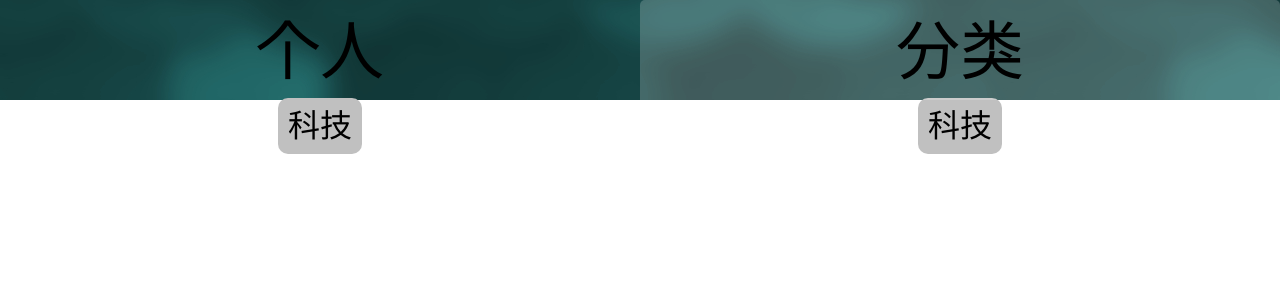
Repository: aoandxie/AoNews
Page: AoNews/WebContent/classify.html
The author's editor kept a copy of each file at every save. The page is drawn from the files as they stood at one save, then again after the next save.
The browser window is 1280 px wide. The pictures show the whole page.

Above is the page before, as saved 2017-03-05 16:04:13.

### AoNews/WebContent/classify.html
<!DOCTYPE html>
<html>
	<head>
		<meta charset="UTF-8">
		<title>Ao News 首页</title>
		<link type="text/css" rel="stylesheet" href="common_style.css">
	</head>
	<body>
		<div class="Top">
			<ul><a href="faction.html">个人</a></ul>
			<ul class="Now"><a>分类</a></ul>
		</div>
		<div class="ClassBoxContainer">
			<div class="ClassBox"><a>科技</a></div>
			<div class="ClassBox"><a>科技</a></div>
		</div>
	</body>
</html>

### AoNews/WebContent/common_style.css
@CHARSET "UTF-8";
/* common set */
*{
	margin: 0;
	border: 0;
	padding: 0;
	font-family: Arial, Helvetica, sans-serif;
}

a{
	text-decoration: none;
	color: #000;
}

/* Login & Register */
.Canvas{
	position: fixed;
	background-image: url("back.jpg");
	width: 100%;
	height: 100%;
}

.Form{
	position: fixed;
	background-color: rgba(255,255,255,.2);
	left: 35%;
	top: 30%;
	border-radius: 5px;
	border-width: 2px;
	border-color: #000000;
	border-style: solid;
	padding: 1em;
	margin: 2em;
	z-index: 255;
}

.Form label{
	font-size: 2em;
	margin-right: 1em;
	z-index: 255;
}

.Form input{
	height: 2em;
	width: 60%;
	font-size: 1em;
	border-style: groove;
	border-width: 2px;
	border-color: #000000;
}

.LineLabel{
	border-bottom-style: solid;
	border-bottom-width: 2px;
	border-bottom-color: #000000;
}

.Button{
	text-align: center;
	margin: 1em;
}

/* Faction & classify */
.Top{
	height: 100px;
	background-image: url("back.jpg");
	width: 100%;
	text-align: center;
}

.Top ul a{
	display: block;
	position: relative;
	float: left;
	width: 50%;
	height: 100px;
	font-size: 4em;
	border-top-left-radius: 5px;
	border-top-right-radius: 5px;
}

.Now a{
	background-color: rgba(255,255,255,.2);
}

/* Faction */
.News{
	text-align: left;
	display: block;
	color: #201f35;
	border-radius: 5px;
	border-width: 2px;
	border-color: #555753;
	border-style: solid;
	width: 250px;
	margin: 5px;
}

.News:HOVER{
	background-color: #888a85;
}

.News a{
	font-size: 2em;
	margin: 5px;
}

.News a:CHECKED{
	color: #201f35;
}

/* Classify */
.ClassBoxContainer{
	top: 50px;
	width: 100%;
	text-align: center;
}

.ClassBox{
	float: left;
	width: 50%;
}

.ClassBox a{
	font-size: 2em;
	margin: 20px;
	padding: 10px;
	border-radius: 10px;
	background-color: silver;

}

After the next save:
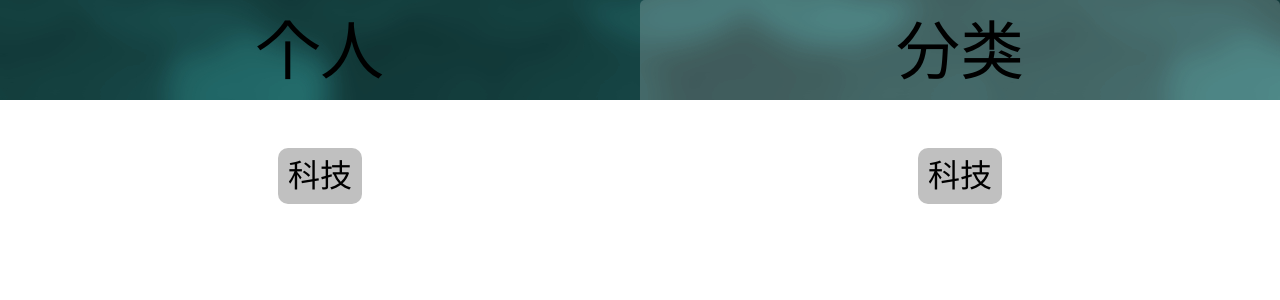
Saved 25 s later.
--- a/AoNews/WebContent/common_style.css
+++ b/AoNews/WebContent/common_style.css
@@ -111,6 +111,7 @@ a{
 
 /* Classify */
 .ClassBoxContainer{
+	position: relative;
 	top: 50px;
 	width: 100%;
 	text-align: center;
